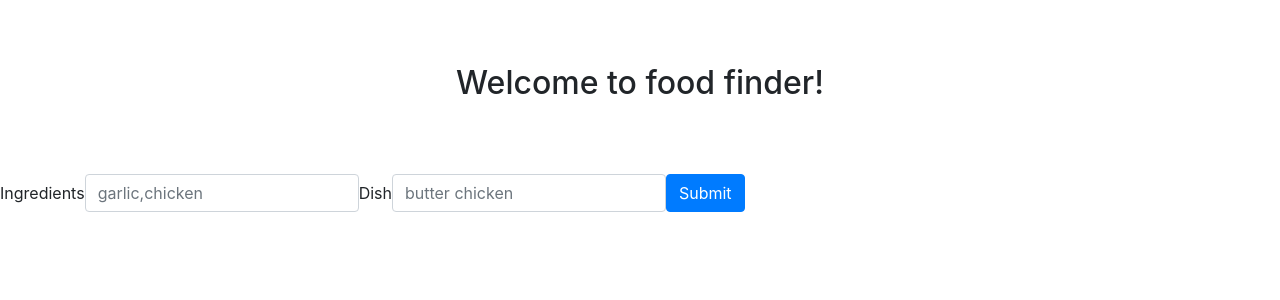
Repository: ratanparmar/receipesearch
Page: /
The author's editor kept a copy of each file at every save. The page is drawn from the files as they stood at one save, then again after the next save.
The browser window is 1280 px wide. The pictures show the whole page.
The project was rebuilt for these pictures with package versions that can differ from the ones it lists, and the page was loaded fresh each time.

Above is the page before, as saved 2019-12-10 16:26:36.

### public/index.html
<!DOCTYPE html>
<html lang="en">
  <head>
    <meta charset="utf-8" />
    <link rel="icon" href="%PUBLIC_URL%/favicon.ico" />
    <meta name="viewport" content="width=device-width, initial-scale=1" />
    <meta name="theme-color" content="#000000" />
    <meta
      name="description"
      content="Web site created using create-react-app"
    />
    <link rel="apple-touch-icon" href="%PUBLIC_URL%/logo192.png" />
    <!--
      manifest.json provides metadata used when your web app is installed on a
      user's mobile device or desktop. See https://developers.google.com/web/fundamentals/web-app-manifest/
    -->
    <link rel="manifest" href="%PUBLIC_URL%/manifest.json" />
    <!--
      Notice the use of %PUBLIC_URL% in the tags above.
      It will be replaced with the URL of the `public` folder during the build.
      Only files inside the `public` folder can be referenced from the HTML.

      Unlike "/favicon.ico" or "favicon.ico", "%PUBLIC_URL%/favicon.ico" will
      work correctly both with client-side routing and a non-root public URL.
      Learn how to configure a non-root public URL by running `npm run build`.
    -->
    <link rel="stylesheet" href="https://stackpath.bootstrapcdn.com/bootstrap/4.3.1/css/bootstrap.min.css" integrity="sha384-ggOyR0iXCbMQv3Xipma34MD+dH/1fQ784/j6cY/iJTQUOhcWr7x9JvoRxT2MZw1T" crossorigin="anonymous">

    <title>React App</title>
  </head>
  <body>
    <noscript>You need to enable JavaScript to run this app.</noscript>
    <div id="root"></div>
    <!--
      This HTML file is a template.
      If you open it directly in the browser, you will see an empty page.

      You can add webfonts, meta tags, or analytics to this file.
      The build step will place the bundled scripts into the <body> tag.

      To begin the development, run `npm start` or `yarn start`.
      To create a production bundle, use `npm run build` or `yarn build`.
    -->
  </body>
</html>

### src/index.js
import React from 'react'
import ReactDOM from 'react-dom'
import App from './components/App'
ReactDOM.render( <App/>,document.getElementById('root'))

### src/components/App.js
import React , { Component } from 'react'

import Searchbar from './Searchbar'
import '../style/index.css'

class App extends Component{
    render(){
        return(
            <div>
                <h2> Welcome to food finder!
                </h2>
                <div className="App">
                    <Searchbar/>
                </div>
            </div>
        )
    }
}

export default App;

### src/components/Searchbar.js
import React,{ Component } from 'react'
import {Form, FormControl,FormGroup,FormLabel,Button} from 'react-bootstrap'

class Searchbar extends Component{
    render(){
        // Use FormLable in place off ControlLabel
        return(
            <Form inline>
                <FormGroup>
                    <FormLabel>Ingredients</FormLabel>
                    {''}
                        <FormControl type="text" placeholder='garlic,chicken'/>
                </FormGroup>
                {''}
                <FormGroup>
                    <FormLabel>Dish</FormLabel>
                    {''}
                    <FormControl type="text" placeholder='butter chicken'/>
                </FormGroup>
                {''}
                <Button>Submit</Button>
            </Form>
        )
    }
}
export default Searchbar;

### src/style/index.css
body{
    text-align: center;

    padding-top: 5%;
}
.App{
    padding-top: 5%;
    padding-left: -10%;
}

After the next save:
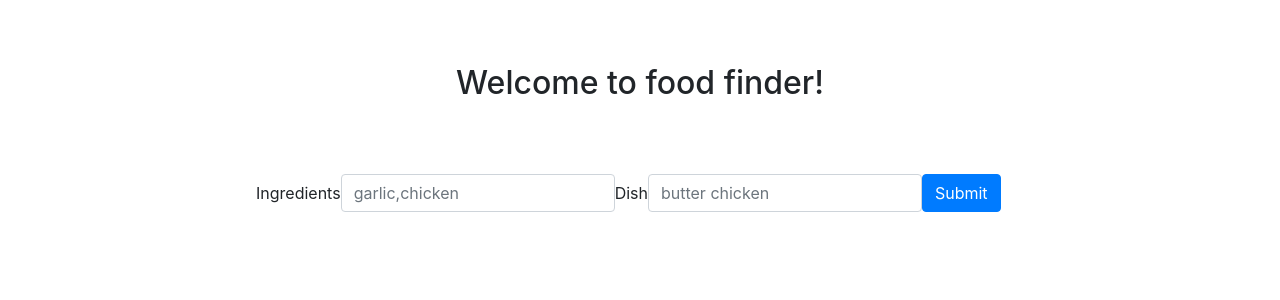
Saved 9 s later.
--- a/src/style/index.css
+++ b/src/style/index.css
@@ -5,5 +5,5 @@ body{
 }
 .App{
     padding-top: 5%;
-    padding-left: -10%;
+    padding-left: 20%;
 }
